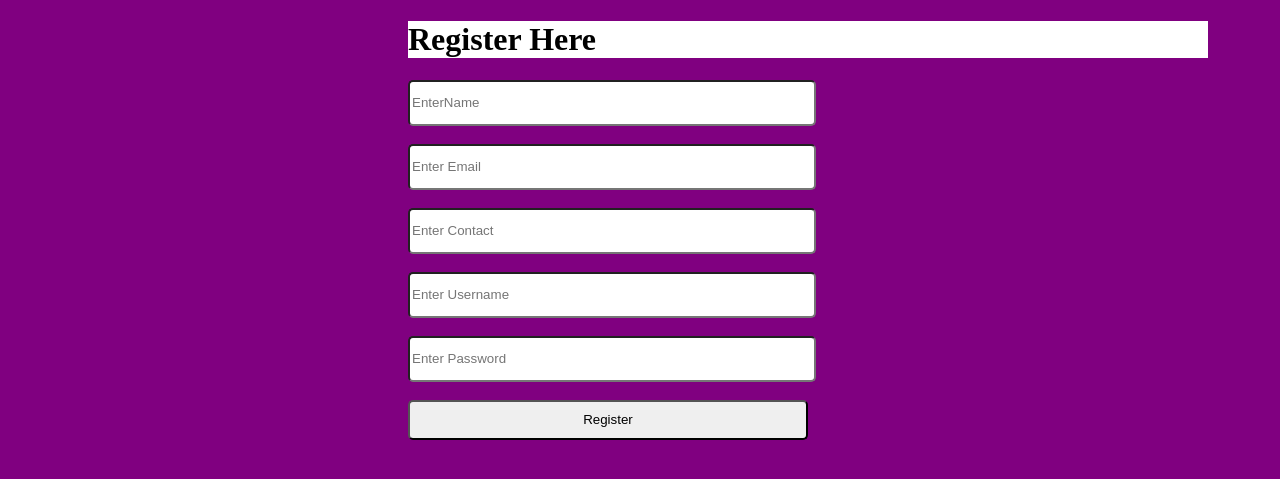
Repository: vaibhaokamble/MY_INSTITUTE_PUNE
Page: SERVLET/MiniProjectServlet/src/main/webapp/register.html
The author's editor kept a copy of each file at every save. The page is drawn from the files as they stood at one save, then again after the next save.
The browser window is 1280 px wide. The pictures show the whole page.

Above is the page before, as saved 2022-10-20 06:34:20.

After the next save:
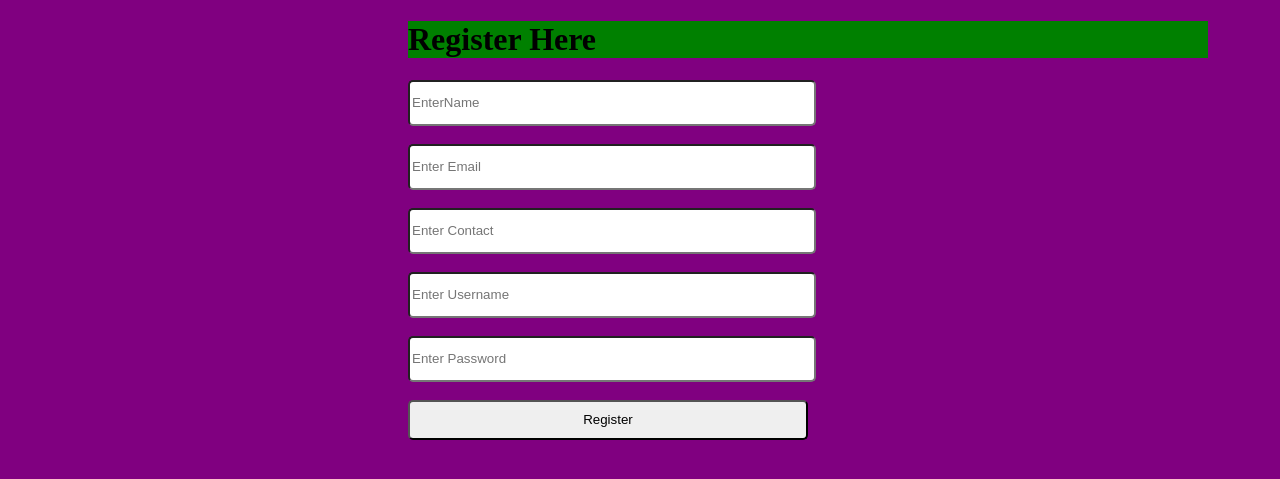
Saved 12 s later.
--- a/SERVLET/MiniProjectServlet/src/main/webapp/css/register.css
+++ b/SERVLET/MiniProjectServlet/src/main/webapp/css/register.css
@@ -13,7 +13,7 @@ div {
 
 h1 {
 	color: bkack;
-	background-color : white;
+	background-color : green;
 }
 
 .control {
